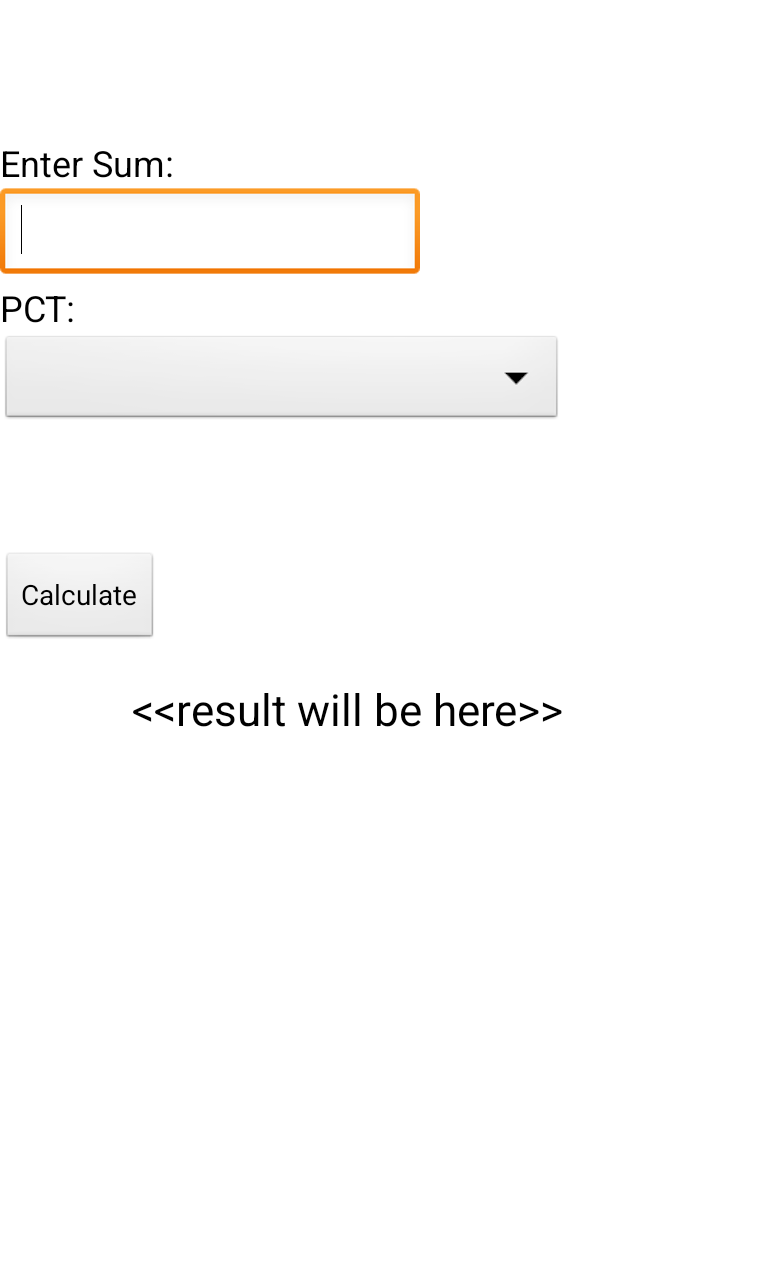
Repository: golan2/Android
Layout: Test2/izikTest/res/layout/activity_main.xml
An editor plug-in stored every save of this project. The layout is shown before and after the next save, followed by the edit.
It is drawn on a 768 x 1280 px phone screen (xhdpi) without system bars, with theme AppTheme; the app's code is not run.

Above is the layout before, as saved 2015-03-11 15:29:46.

After the next save:
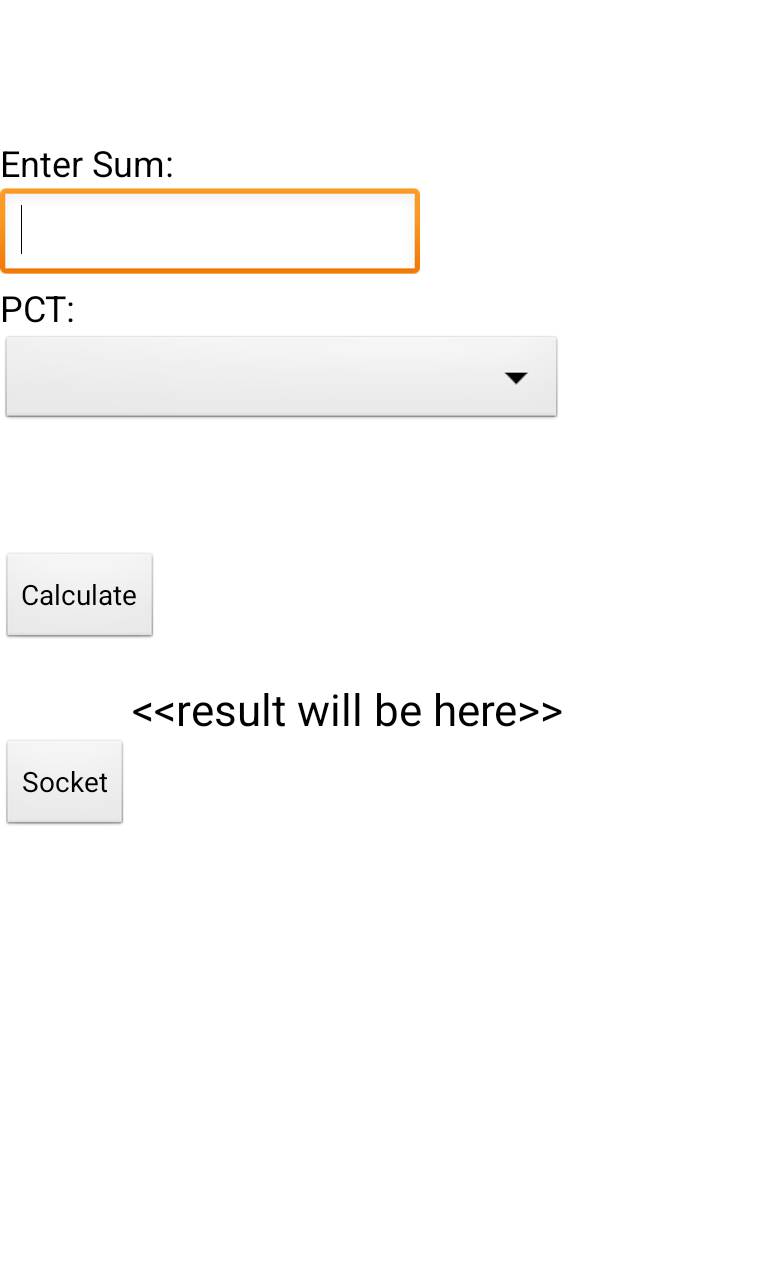
Saved 47 s later.
--- a/Test2/izikTest/res/layout/activity_main.xml
+++ b/Test2/izikTest/res/layout/activity_main.xml
@@ -54,6 +54,13 @@
             android:layout_marginTop="16dp"
             android:text="&lt;&lt;result will be here>>"
             android:textAppearance="?android:attr/textAppearanceLarge" />
+
+        <Button
+            android:id="@+id/btnSocket"
+            android:layout_width="wrap_content"
+            android:layout_height="wrap_content"
+            android:text="Socket" />
+
     </LinearLayout>
 
 </RelativeLayout>
